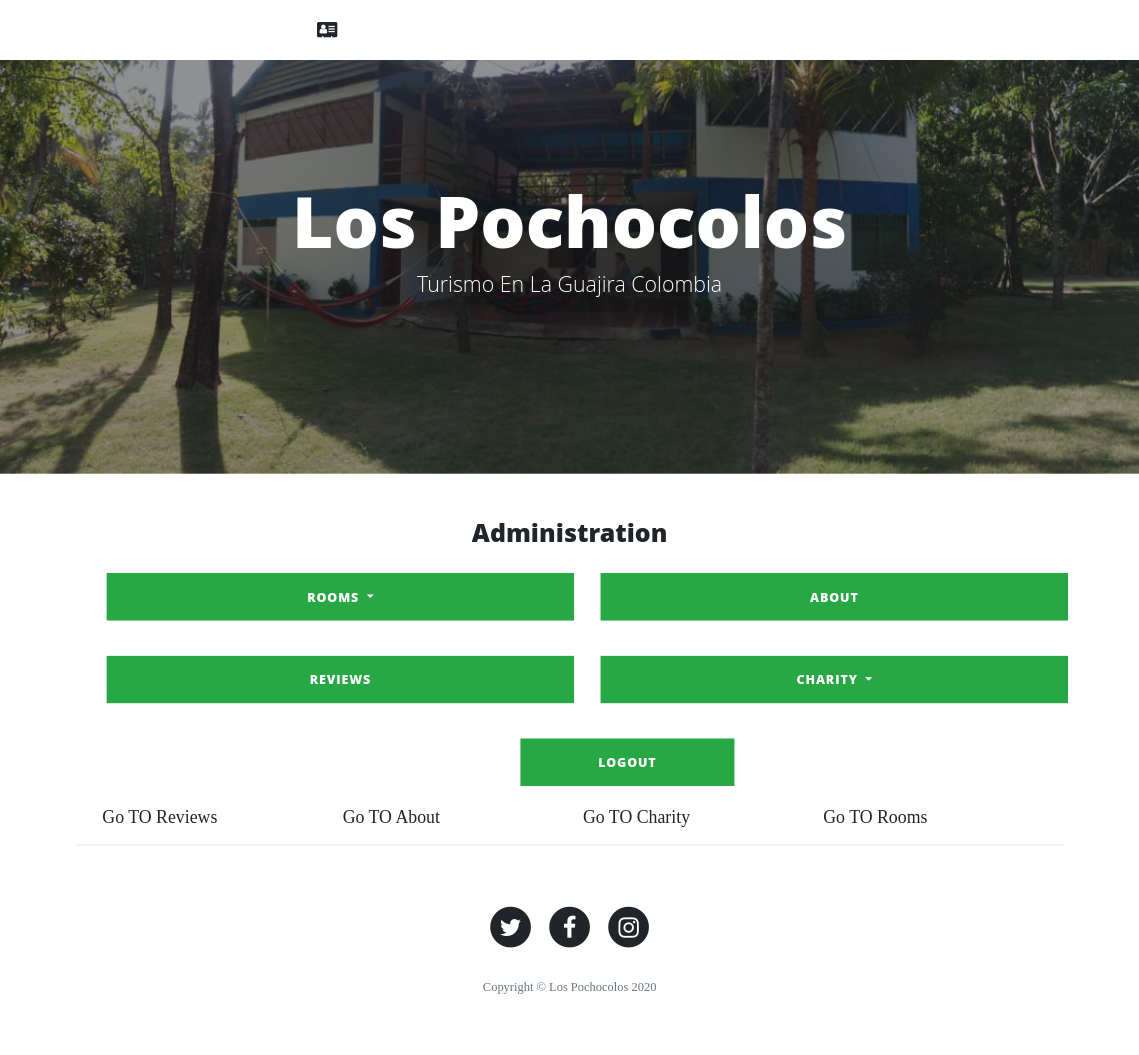
Repository: cachimiro/los-pochoclos
Page: http://localhost/adminhdfsgeydhfustsgdjftstjdctstehdjj
The author's editor kept a record of every edit. The page is drawn from the files as they stood at one moment, then again after the next edit.
The browser window is 1280 px wide. The pictures show the whole page, at 89% of full size.
Some web libraries are served in a nearby version. The page is served by the project's application, run on Flask 3 (run.py). Other server files are loaded and not shown.

Above is the page before.
Console error: ReferenceError: emailjs is not defined

### templates/admin.html
<style>
.btn-link{
  color: black !important;
  text-decoration: none !important;
  text-align: center!important;
}
.btn-link:hover{
  color: grey !important;
}
a{
  text-align: left!important;
}


.btn{
  width: 100% !important;
  margin:20px !important;
  text-align: center;
}
#dropdownMenuButton{
 width: 100%;
  margin:20px;
  text-align: center;
}
#style-bottom-links{
  text-decoration: none;
}
#style-bottom-links:hover{
  color: #20cad2;
}
h3{
  text-align: center;

}

</style>
{% extends 'base.html' %} {% block content %}
<h3> Administration </h3>
<div class="container">
  <div class="row">
    <div class="col-sm-12 col-md-6 col-lg-6">
      <div class="dropdown">
  <button class="btn btn-success dropdown-toggle text-wrap" type="button" id="dropdownMenuButton" data-toggle="dropdown" aria-haspopup="true" aria-expanded="false">
   Rooms
  </button>
  <div class="dropdown-menu" aria-labelledby="dropdownMenuButton">
    <a class="dropdown-item" href="{{ url_for('update_room_data') }}">Fan Rooms</a>
    <a class="dropdown-item" href="{{ url_for('update_room_ac') }}">A.C Rooms</a>
    <a class="dropdown-item" href="{{ url_for('update_room_cabin') }}">Cabin</a>
    <a class="dropdown-item" href="{{ url_for('update_room_camp') }}">Camping</a>
  </div>
</div>
    </div>
    <a href="{{ url_for('update_about_data') }}">
    <div class="col-sm-12 col-md-6 col-lg-6">
      <button type="button" class="btn btn-success text-wrap" >About</button>
      </a>
    </div>


     <a href="{{ url_for('Admin_update_reviews') }}">
    <div class="col-sm-12 col-md-6 col-lg-6">
      <button type="button" class="btn btn-success text-wrap" >Reviews</button>
      </a>
    </div>

     <div class="col-sm-12 col-md-6 col-lg-6">
      <div class="dropdown">
    <button class="btn btn-success dropdown-toggle text-wrap" type="button" id="dropdownMenuButton" data-toggle="dropdown" aria-haspopup="true" aria-expanded="false">
   Charity
  </button>
  <div class="dropdown-menu" aria-labelledby="dropdownMenuButton">
    <a class="dropdown-item" href="{{ url_for('update_charity_info') }}">Main title</a>
    <a class="dropdown-item" href="{{ url_for('update_charity_info_1') }}">Why we do it</a>
    <a class="dropdown-item" href="{{ url_for('update_charity_info_2') }}">How we do it section</a>
  </div>
</div>

  </div>
</div>
 <div class="col-sm-6 col-md-3 col-lg-3  offset-md-5  offset-lg-5 ">
<a href="{{ url_for('logout') }}">
<button type="button" class="btn btn-success text-wrap" >Logout</button>
</a>
</div>
<div class="container">
  <div class="row">
    <div class="col-sm-6 col-md-3 col-lg-3 ">
      <a href="{{ url_for('get_reviews') }}" id="style-bottom-links">Go TO Reviews</a>
    </div>
     <div class="col-sm-6 col-md-3 col-lg-3">
      <a href="{{ url_for('about') }}"id="style-bottom-links">Go TO About</a>
    </div>
     <div class="col-sm-6 col-md-3 col-lg-3">
      <a href="{{ url_for('charity') }}"id="style-bottom-links">Go TO Charity</a>
    </div>
     <div class="col-sm-6 col-md-3 col-lg-3">
      <a href="{{ url_for('rooms') }}"id="style-bottom-links">Go TO Rooms</a>
    </div>
  </div>
</div>
{% for message in get_flashed_messages() %}
{{ message }}
{% endfor %}

{% endblock %}

### templates/base.html
<!DOCTYPE html>
<html lang="en">
<head>
    <meta charset="UTF-8">
    <meta name="viewport" content="width=device-width, initial-scale=1.0">
    <meta http-equiv="X-UA-Compatible" content="ie=edge">
    <link href="https://stackpath.bootstrapcdn.com/font-awesome/4.7.0/css/font-awesome.min.css" rel="stylesheet" integrity="sha384-wvfXpqpZZVQGK6TAh5PVlGOfQNHSoD2xbE+QkPxCAFlNEevoEH3Sl0sibVcOQVnN" crossorigin="anonymous">
    <link href="{{ url_for('static', filename='vendor/bootstrap/css/bootstrap.min.css') }}" rel="stylesheet">
    <link rel="stylesheet" href="{{ url_for('static', filename='css/clean-blog.min.css') }}" type="text/css" />
    <link rel="stylesheet" href="{{ url_for('static', filename='css/style.css') }}" type="text/css" />
    <title>Los Pochocolos</title>
    <script type="text/javascript" src="https://cdn.jsdelivr.net/npm/emailjs-com@2.3.2/dist/email.min.js"></script>
<script type="text/javascript" src="//ajax.googleapis.com/ajax/libs/jquery/2.1.1/jquery.min.js"></script>

<script type="text/javascript" src="https://cdn.jsdelivr.net/npm/emailjs-com@2.3.2/dist/email.min.js"></script>
<script type="text/javascript">
   (function(){
      emailjs.init("user_UmSeo27b55xmNHfUBgKB0");
   })();
</script>
</head>
<body>

    <!-- Navigation -->
    <nav class="navbar navbar-expand-lg navbar-light fixed-top" id="mainNav">
        <div class="container">
            <a class="navbar-brand" href="{{url_for('index') }}">Finca Los Pochocolos</a>
            <!--login for admin-->
            <a id="staff" href="{{url_for('log') }}" >
            <i class="fa fa-address-card"></i>
            </a>



            <button class="navbar-toggler navbar-toggler-right" type="button" data-toggle="collapse" data-target="#navbarResponsive" aria-controls="navbarResponsive" aria-expanded="false" aria-label="Toggle navigation">
          Menu
          <i class="fa fa-bars"></i>
        </button>
            <div class="collapse navbar-collapse" id="navbarResponsive">
                <ul class="navbar-nav ml-auto">
                    <li class="nav-item">
                        <a class="nav-link" href="{{ url_for('index') }}">Home</a>
                    </li>
                    <li class="nav-item">
                        <a class="nav-link" href="{{ url_for('rooms') }}">Rooms</a>
                    </li>
                    <li class="nav-item">
                        <a class="nav-link" href="{{ url_for('about') }}">About</a>
                    </li>
                    <li class="nav-item">
                        <a class="nav-link" href="{{ url_for('contact') }}">Contact</a>
                    </li>
                       <li class="nav-item">
                        <a class="nav-link" href="{{ url_for('charity') }}">Charity</a>
                    </li>
                </ul>
            </div>
        </div>
    </nav>

    <!-- Page Header -->
   <!--- <header class="masthead" style="background-image: url('https://berakatours.com/wp-content/uploads/2017/09/Avistamiento-Aves-Colombia.jpg')">----->
          <header class="masthead" style="background-image: url('../static/img/casa-pano.jpg')">
        <div class="overlay"></div>
        <div class="container">
            <div class="row">
                <div class="col-lg-8 col-md-10 mx-auto">
                    <div class="site-heading">
                         <h1>Los Pochocolos</h1>
                        <span class="subheading">Turismo En La Guajira Colombia</span>
                    </div>
                </div>
            </div>
        </div>
    </header>

    <!-- Main Content -->
    <div class="container">
        {% block content %} {% endblock %}
    </div>

    <hr>

    <!-- Footer -->
    <footer>
        <div class="container">
            <div class="row">
                <div class="col-lg-8 col-md-10 mx-auto">
                    <ul class="list-inline text-center">
                        <li class="list-inline-item">
                            <a href="#">
                                <span class="fa-stack fa-lg">
                    <i class="fa fa-circle fa-stack-2x"></i>
                    <i class="fa fa-twitter fa-stack-1x fa-inverse"></i>
                  </span>
                            </a>
                        </li>
                        <li class="list-inline-item">
                            <a href="#">
                                <span class="fa-stack fa-lg">
                    <i class="fa fa-circle fa-stack-2x"></i>
                    <i class="fa fa-facebook fa-stack-1x fa-inverse"></i>
                  </span>
                            </a>
                        </li>
                        <li class="list-inline-item">
                            <a href="#">
                                <span class="fa-stack fa-lg">
                    <i class="fa fa-circle fa-stack-2x"></i>
                    <i class="fa fa-instagram fa-stack-1x fa-inverse"></i>
                  </span>
                            </a>



                        </li>
                    </ul>
                    <p class="copyright text-muted">Copyright &copy; Los Pochocolos 2020</p>
                </div>
            </div>
        </div>
    </footer>

    <!-- Bootstrap core JavaScript -->
    <script src="{{ url_for('static', filename='vendor/jquery/jquery.min.js') }}"></script>
    <script src="{{ url_for('static', filename='vendor/bootstrap/js/bootstrap.bundle.min.js') }}"></script>

    <!-- Custom scripts for this template -->
    <script src="{{ url_for('static', filename='js/clean-blog.min.js') }}"></script>

    <!--my js code-->
     <script type="text/javascript" src="https://cdnjs.cloudflare.com/ajax/libs/jquery/3.4.1/jquery.min.js"></script>

     <script src="{{ url_for('static', filename='js/main.js') }}"></script>






</body>
</html>

### run.py
import os
import json
import click
from flask import Flask, render_template, request,redirect, flash, url_for
from flask_pymongo import PyMongo
from bson.objectid import ObjectId




app = Flask(__name__)
app.config["MONGO_DBNAME"] = 'reviews'
app.config["MONGO_URI"] = "mongodb+srv://root:Johann@myfirstcluster-ugp0n.mongodb.net/reviews?retryWrites=true&w=majority"

mongo = PyMongo(app)
app.secret_key = "cachimiro"



@app.route('/')
def index():
    return render_template("index.html")


# code to be ble to see reviews
@app.route('/view_reviews')
def get_reviews():
    return render_template("reviews.html", opinions=mongo.db.opinion.find())



        # TODO: write code...
# this line of code will allow costumesr to add reviews
@app.route('/add_review')
def add_review():
    return render_template('add-reviews.html')


@app.route('/add_review', methods=['POST'])
def insert_reviews():
    reviews = mongo.db.opinion
    reviews.insert_one(request.form.to_dict())
    return redirect(url_for('get_reviews'))

# code for conecting templates


@app.route('/about')
def about():
    data = []
    with open("data/company.json", "r") as json_data:
        data = json.load(json_data)
    return render_template("about.html",company=data, abouts=mongo.db.about.find())
# code to be able so the costumer can edit the about section

@app.route('/update_about')
def update_about_data():
    return render_template("admin-about.html", abouts=mongo.db.about.find())


@app.route('/update_about/<about_id>', methods=["POST"])
def update_about(about_id):
    about = mongo.db.about
    about.update( {'_id': ObjectId(about_id)},
    {
        'title':request.form.get('title'),
        'subject': request.form.get('subject'),

    })
    return redirect(url_for('Admin_update_reviews_and_more'))

@app.route('/about/<member_name>')
def about_member(member_name):
    member = {}

    with open("data/company.json", "r") as json_data:
        data = json.load(json_data)
        for obj in data:
            if obj["url"] == member_name:
                member = obj

    return render_template("member.html", member=member)




@app.route('/contact')
def contact():
 return render_template("contact.html", page_title="Contact",)


@app.route('/rooms')
def rooms():
   return render_template("rooms.html", page_title="Rooms",fans=mongo.db.fan.find(),acs=mongo.db.ac.find(),cabins=mongo.db.cabin.find(),camps=mongo.db.camp.find())


# to be able to update the rooms information
@app.route('/update_room')
def update_room_data():
    return render_template("admin-room.html", fans=mongo.db.fan.find())

@app.route('/update_rooms/<fan_id>', methods=["POST"])
def update_rooms(fan_id):
    fan = mongo.db.fan
    fan.update( {'_id': ObjectId(fan_id)},
    {
        'title':request.form.get('title'),
        'price':request.form.get('price'),
        'subject': request.form.get('subject'),

    })
    return redirect(url_for('Admin_update_reviews_and_more'))

@app.route('/update_room_ac')
def update_room_ac():
    return render_template("admin-ac.html", acs=mongo.db.ac.find())

@app.route('/update_rooms_ac/<ac_id>', methods=["POST"])
def update_rooms_ac(ac_id):
    ac = mongo.db.ac
    ac.update( {'_id': ObjectId(ac_id)},
    {
        'title':request.form.get('title'),
        'price':request.form.get('price'),
        'subject':request.form.get('subject'),

    })
    return redirect(url_for('Admin_update_reviews_and_more'))

@app.route('/update_room_cabin')
def update_room_cabin():
    return render_template("admin-cabin.html", cabins=mongo.db.cabin.find())

@app.route('/update_rooms_cabin/<cabin_id>', methods=["POST"])
def update_rooms_cabin(cabin_id):
    cabin = mongo.db.cabin
    cabin.update( {'_id': ObjectId(cabin_id)},
    {
        'title':request.form.get('title'),
        'price':request.form.get('price'),
        'subject':request.form.get('subject'),

    })
    return redirect(url_for('Admin_update_reviews_and_more'))

@app.route('/update_room_camp')
def update_room_camp():
    return render_template("admin-camp.html", camps=mongo.db.camp.find())

@app.route('/update_rooms_camp/<camp_id>', methods=["POST"])
def update_rooms_camp(camp_id):
    camp = mongo.db.camp
    camp.update( {'_id': ObjectId(camp_id)},
    {
        'title':request.form.get('title'),
        'price':request.form.get('price'),
        'subject':request.form.get('subject'),

    })
    return redirect(url_for('Admin_update_reviews_and_more'))
#  code so that the charity information can be diplayed and the the manager can update the information

@app.route('/charity')
def charity():
   return render_template("charity.html", page_title="charity",datas=mongo.db.data.find(), chas=mongo.db.data_cha.find(), chars=mongo.db.char.find())



@app.route('/update_charity')
def update_charity_info():
    return render_template("admin-charity.html", chars=mongo.db.char.find())


@app.route('/update_charity_info/<char_id>', methods=["POST"])
def update_charity(char_id):
    char = mongo.db.char
    char.update( {'_id': ObjectId(char_id)},
    {
        'title':request.form.get('title'),
        'title2':request.form.get('title2'),

    })
    return redirect(url_for('Admin_update_reviews_and_more'))

@app.route('/update_charity_1')
def update_charity_info_1():
    return render_template("admin-1.html",datas=mongo.db.data.find())


@app.route('/update_charity_info_1/<data_id>', methods=["POST"])
def update_charity_data(data_id):
    data = mongo.db.data
    data.update( {'_id': ObjectId(data_id)},
    {
        'title':request.form.get('title'),
        'subject':request.form.get('subject'),

    })
    return redirect(url_for('Admin_update_reviews_and_more'))

@app.route('/update_charity_2')
def update_charity_info_2():
    return render_template("admin-2.html",chas=mongo.db.data_cha.find())


@app.route('/update_charity_info_2/<cha_id>', methods=["POST"])
def update_charity_data_1(cha_id):
    data_cha = mongo.db.data_cha
    data_cha.update( {'_id': ObjectId(cha_id)},
    {
        'title':request.form.get('title'),
        'subject':request.form.get('subject'),

    })
    return redirect(url_for('Admin_update_reviews_and_more'))



@app.route('/adminhdfsgeydhfustsgdjftstjdctstehdjj')
def Admin_update_reviews_and_more():
   return render_template("admin.html")

# this line of code is for the managers to update their reviews and delete them
@app.route('/admin_reviews')
def Admin_update_reviews():
   return render_template("admin-reviews.html", opinions=mongo.db.opinion.find())


@app.route('/edit_review/<opinion_id>')
def edit_review(opinion_id):
    the_opinion =  mongo.db.opinion.find_one({"_id": ObjectId(opinion_id)})
    return render_template('update.html', opinion=the_opinion)


@app.route('/update_opinion/<opinion_id>', methods=["POST"])
def update_opinion(opinion_id):
    opinion = mongo.db.opinion
    opinion.update( {'_id': ObjectId(opinion_id)},
    {
        'name':request.form.get('name'),
        'surname':request.form.get('surname'),
        'Title': request.form.get('Title'),
        'Opinion': request.form.get('Opinion'),
        'how_would_you_improve_it':request.form.get('how_would_you_improve_it')
    })
    return redirect(url_for('Admin_update_reviews_and_more'))


@app.route('/delete_opinion/<opinion_id>')
def delete_opinion(opinion_id):
    mongo.db.opinion.remove({'_id': ObjectId(opinion_id)})
    return redirect(url_for('Admin_update_reviews_and_more'))



@app.route('/login')
def log():
    return render_template('login.html')

@app.route('/loginhdyrfjksyeygdhjdysttdhfjjdsyydhfjdjsyhdhd', methods=['GET', 'POST'])
def login():
   error = None
   if request.method == 'POST':
       if request.form['username'] !='tiggy-curry' or request.form['password'] !='Antigone1':
           error = "invalid information please try again."
       else:
           session['logged_in'] = True
           flash('You are in! ')
           return render_template('admin.html')
       return render_template('login.html', error=error)


@app.route('/logout')
def logout():
    session.pop('logged_in', None)
    flash('You are logged out! ')
    return redirect(url_for('log'))




if __name__ == '__main__':
    app.run(host=os.environ.get('IP'),
            port=int(os.environ.get('PORT')),
            debug=False)

### static/css/style.css
.col-md-5 img {
    width: 50%;
    height: 50%;
    margin-top: 30px;
    margin-bottom: 50px;

}

### static/js/main.js
function showMore(id) {
   var truncateReviews = document.getElementById(id+"_truncated");
  var fullReviews = document.getElementById(id+"_full");
  var show = document.getElementById(id+"_show");
document.getElementById(id+"_show");
 if (truncateReviews.style.display =="block") {
   fullReviews.style.display = "block";
   truncateReviews.style.display = "none";
   show.innerText = "Show Less";


 } else{
   truncateReviews.style.display ="block";
   fullReviews.style.display ="none";
   show.innerText = "show More";

 }

 }

 function showMores(ids) {
   var truncateReviewss = document.getElementById(ids+"_truncateded");
  var fullReviewss = document.getElementById(ids+"_fulls");
  var shows = document.getElementById(ids+"_shows");
document.getElementById(ids+"_show");
 if (truncateReviewss.style.display =="block") {
   fullReviewss.style.display = "block";
   truncateReviewss.style.display = "none";
   shows.innerText = "show less";


 } else{
   truncateReviewss.style.display ="block";
   fullReviewss.style.display ="none";
   shows.innerText = "show More";

 }

 }

Loaded but not shown: static/css/clean-blog.min.css (library); static/js/clean-blog.min.js (common file)

After the next edit:
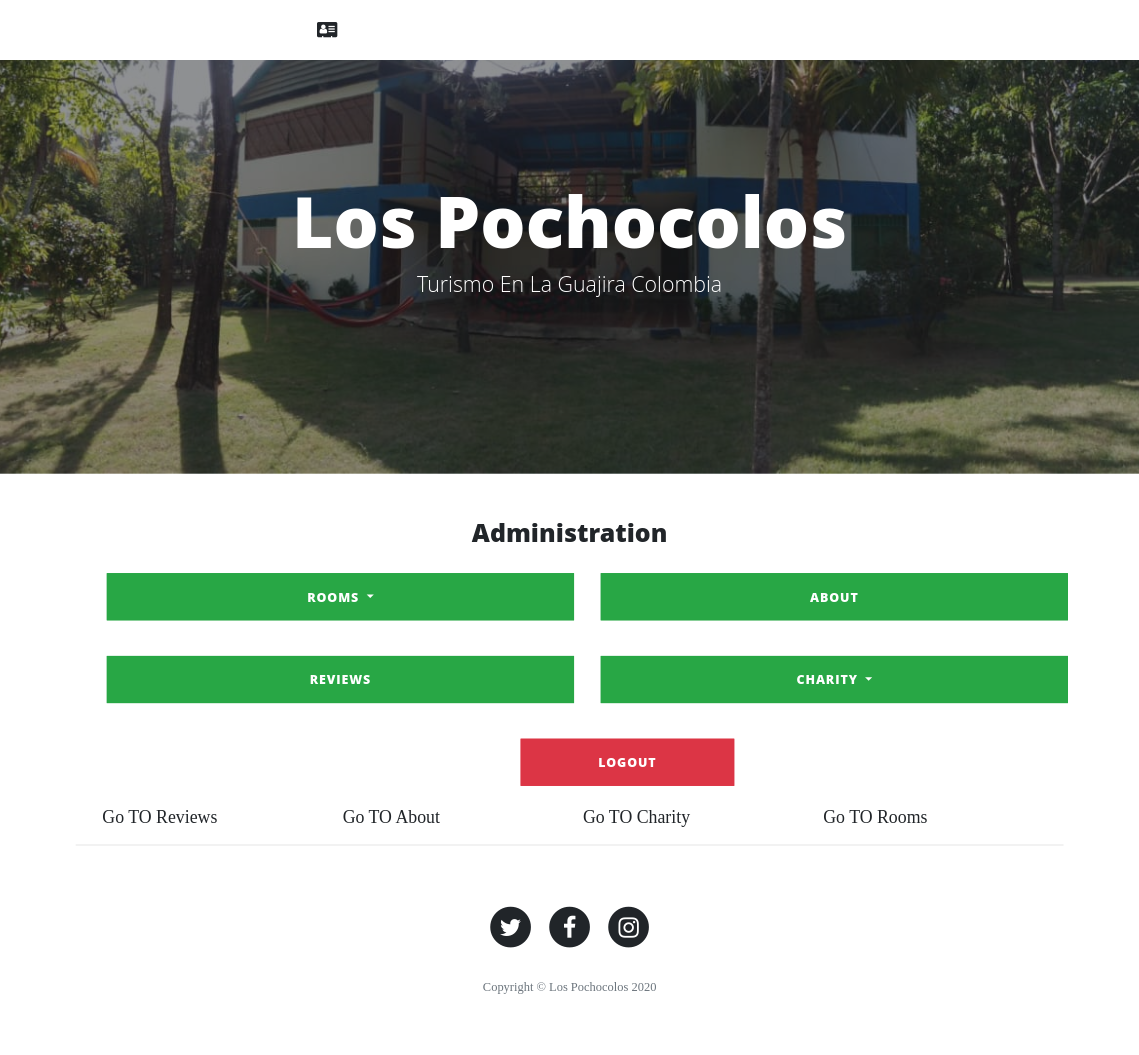
The edit:
--- a/templates/admin.html
+++ b/templates/admin.html
@@ -80,7 +80,7 @@
 </div>
  <div class="col-sm-6 col-md-3 col-lg-3  offset-md-5  offset-lg-5 ">
 <a href="{{ url_for('logout') }}">
-<button type="button" class="btn btn-success text-wrap" >Logout</button>
+<button type="button" class="btn btn-danger text-wrap" >Logout</button>
 </a>
 </div>
 <div class="container">
